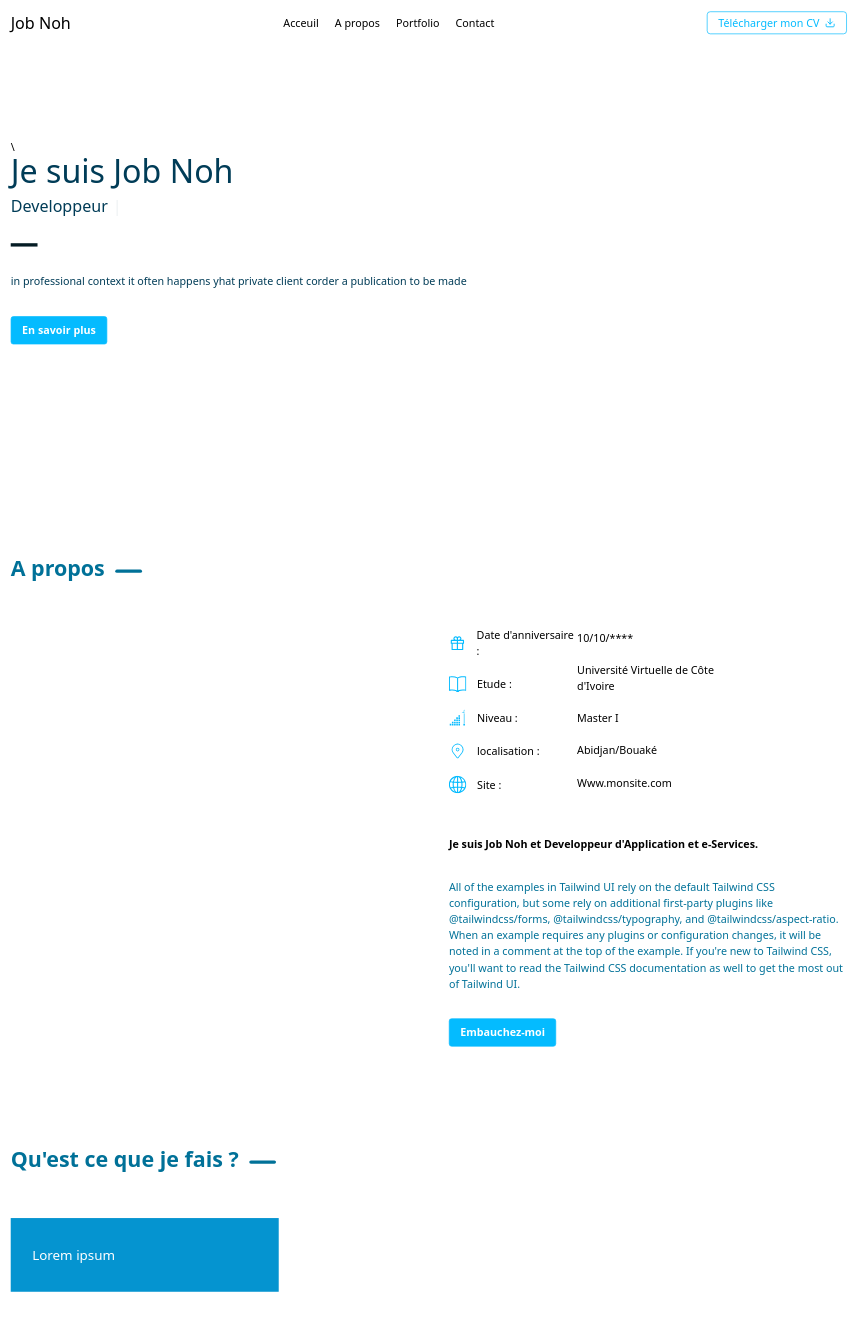
Repository: anoy1010/Nextportfolio
Page: /
An editor plug-in stored every save of this project. The page is shown before and after a run of saves, followed by the edit.
The browser window is 1280 px wide. The pictures show the whole page, at 67% of full size.
Backgrounds fixed to the window are drawn as part of the page. The project was rebuilt for these pictures with package versions that can differ from the ones it lists, and the page was loaded fresh each time. The framework's server and built-in components were replaced by stand-ins that run in the browser. Also part of the build but not shown: next.config.js, styles/Home.module.css.

Above is the page before, as saved 2023-03-06 18:22:40.

After the next 2 saves:
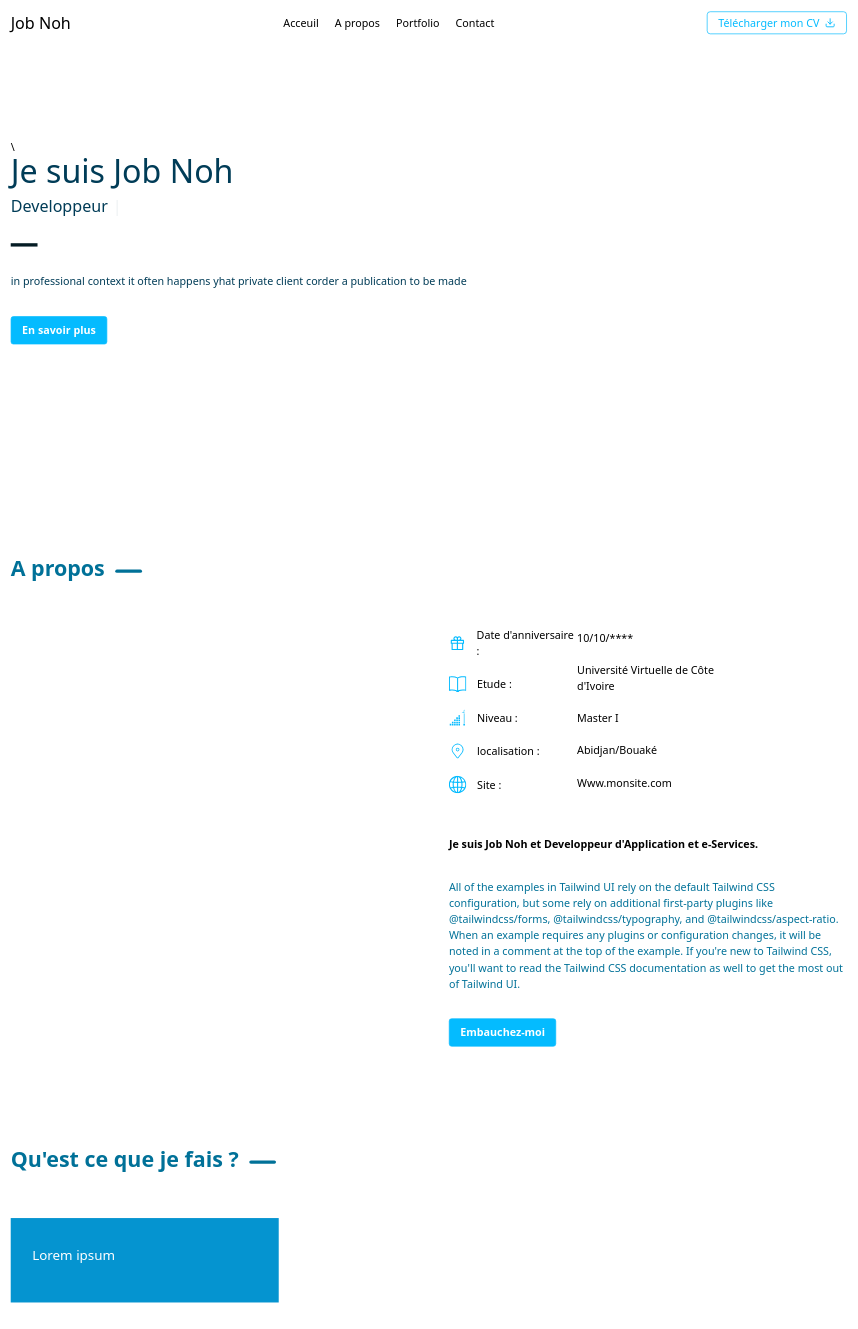
The 2 saves are shown as one change because they came seconds apart.
The last was saved 8 s later.
--- a/components/WhatIDo.js
+++ b/components/WhatIDo.js
@@ -8,7 +8,9 @@ const WhatIDo = () => {
         <div className='grid grid-cols-1  md:grid-cols-3 gap-6'>
             <div className='Shadow-lgf flex flex-col gap-4 px-8 py-10 bg-[#0594d0] text-white'>
                 <h2 className='font-medium text-[20px]'>Lorem ipsum</h2>
+                <p>
 
+                </p>
 
             </div>
 
